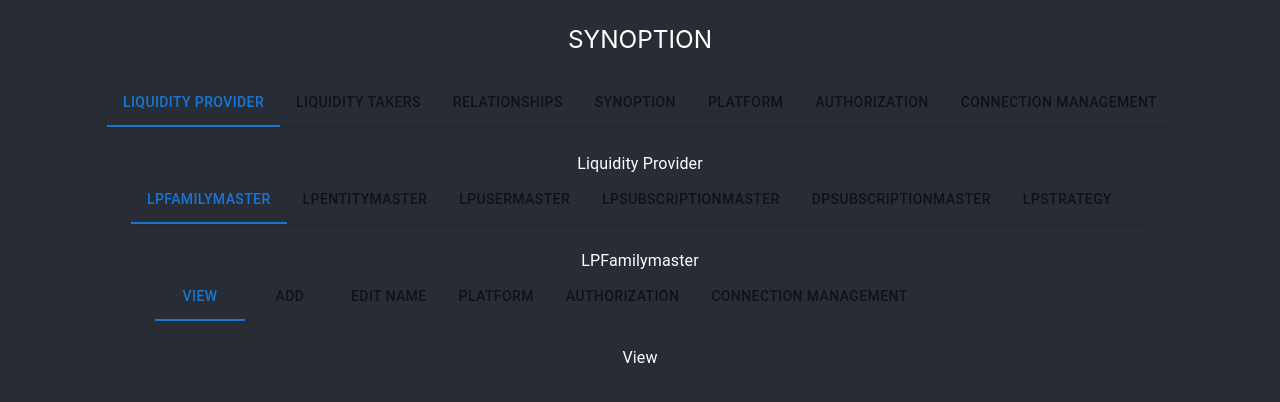
Repository: Kanika-tech/project-demo
Page: /
The author's editor kept a copy of each file at every save. The page is drawn from the files as they stood at one save, then again after the next save.
The browser window is 1280 px wide. The pictures show the whole page.
The project was rebuilt for these pictures with package versions that can differ from the ones it lists, and the page was loaded fresh each time.

Above is the page before, as saved 2021-12-11 21:59:43.

### public/index.html
<!DOCTYPE html>
<html lang="en">
  <head>
    <meta charset="utf-8" />
    <link rel="icon" href="%PUBLIC_URL%/favicon.ico" />
    <meta name="viewport" content="width=device-width, initial-scale=1" />
    <meta name="theme-color" content="#000000" />
    <meta
      name="description"
      content="Web site created using create-react-app"
    />
    <link rel="apple-touch-icon" href="%PUBLIC_URL%/logo192.png" />
    <!--
      manifest.json provides metadata used when your web app is installed on a
      user's mobile device or desktop. See https://developers.google.com/web/fundamentals/web-app-manifest/
    -->
    <link rel="manifest" href="%PUBLIC_URL%/manifest.json" />
    <!--
      Notice the use of %PUBLIC_URL% in the tags above.
      It will be replaced with the URL of the `public` folder during the build.
      Only files inside the `public` folder can be referenced from the HTML.

      Unlike "/favicon.ico" or "favicon.ico", "%PUBLIC_URL%/favicon.ico" will
      work correctly both with client-side routing and a non-root public URL.
      Learn how to configure a non-root public URL by running `npm run build`.
    -->
    <title>Synoption Admin Portal</title>
  </head>
  <body>
    <noscript>You need to enable JavaScript to run this app.</noscript>
    <div id="root"></div>
    <!--
      This HTML file is a template.
      If you open it directly in the browser, you will see an empty page.

      You can add webfonts, meta tags, or analytics to this file.
      The build step will place the bundled scripts into the <body> tag.

      To begin the development, run `npm start` or `yarn start`.
      To create a production bundle, use `npm run build` or `yarn build`.
    -->
  </body>
</html>

### src/App.js
import logo from './logo.svg';
import './App.css';
import Dashboard from './containers/Dashboard';

function App() {
  return (
    <div className="App App-header">
      <header className="">
        <p>
         SYNOPTION
        </p>
      </header>
      <div>
        <Dashboard/>
      </div>
    </div>
  );
}

export default App;

### src/containers/Dashboard.jsx
import * as React from 'react';
import BasicTabs from '../components/BasicTabs';
import { dashboard } from '../MockData/dashboard-data';


export default function Dashboard() {

  return (
    <BasicTabs tabData={dashboard} />
  );
}

### src/components/BasicTabs.jsx
import * as React from 'react';
import PropTypes from 'prop-types';
import Tabs from '@mui/material/Tabs';
import Tab from '@mui/material/Tab';
import Typography from '@mui/material/Typography';
import Box from '@mui/material/Box';

function TabPanel(props) {
  const { children, value, index, ...other } = props;

  return (
    <div
      role="tabpanel"
      hidden={value !== index}
      id={`simple-tabpanel-${index}`}
      aria-labelledby={`simple-tab-${index}`}
      {...other}
    >
      {value === index && (
        <Box sx={{ p: 3 }}>
          <Typography>{children}</Typography>
        </Box>
      )}
    </div>
  );
}

TabPanel.propTypes = {
  children: PropTypes.node,
  index: PropTypes.number.isRequired,
  value: PropTypes.number.isRequired,
};

function a11yProps(index) {
  return {
    id: `simple-tab-${index}`,
    'aria-controls': `simple-tabpanel-${index}`,
  };
}

export default function BasicTabs(props) {
    const { tabData }  = props;
    const { TOP_LEVEL } = tabData;

  const [value, setValue] = React.useState(0);

  const handleChange = (event, newValue) => {
    setValue(newValue);
  };

  return (
    <Box sx={{ width: '100%' }}>
      <Box sx={{ borderBottom: 1, borderColor: 'divider' }}>
        <Tabs value={value} onChange={handleChange} aria-label="Synoption top level">
           {TOP_LEVEL.map((tab, index) =>
             <Tab label={tab.title} {...a11yProps(index)} />
            )}
        </Tabs>
      </Box>
        {TOP_LEVEL.map((tab, index) =>
            <TabPanel value={value} index={index}>
             {tab.title}
             { tab.tabGroup && <BasicTabs tabData={tab}/> }
            </TabPanel>
        )}
    </Box>
  );
}

### src/MockData/dashboard-data.js
export const dashboard = {
    TOP_LEVEL: [
        {
            title: 'Liquidity Provider',
            tabGroup: true,
            TOP_LEVEL: [
                {
                    title: 'LPFamilymaster',
                    tabGroup: true,
                    TOP_LEVEL: [
                        {
                            title: 'View'
                        },
                       {
                            title: 'Add'
                        },
                       {
                            title: 'Edit Name'
                        },
                        {
                            title: 'Platform'
                        },
                       {
                            title: 'Authorization'
                        },
                        {
                            title: 'Connection Management'
                        }
                    ]
                },
               {
                    title: 'LPEntityMaster'
                },
               {
                    title: 'LPUserMaster'
                },
                {
                    title: 'LPSubscriptionMaster'
                },
               {
                    title: 'DPSubscriptionMaster'
                },
                {
                    title: 'LPStrategy'
                }
            ]
        },
       {
            title: 'Liquidity Takers'
        },
       {
            title: 'Relationships'
        },
       {
            title: 'Synoption'
        },
        {
            title: 'Platform'
        },
       {
            title: 'Authorization'
        },
        {
            title: 'Connection Management'
        }
    ]
}

Loaded but not shown: src/index.js (common file); src/index.css (common file); src/reportWebVitals.js (common file); src/App.css (common file)

After the next save:
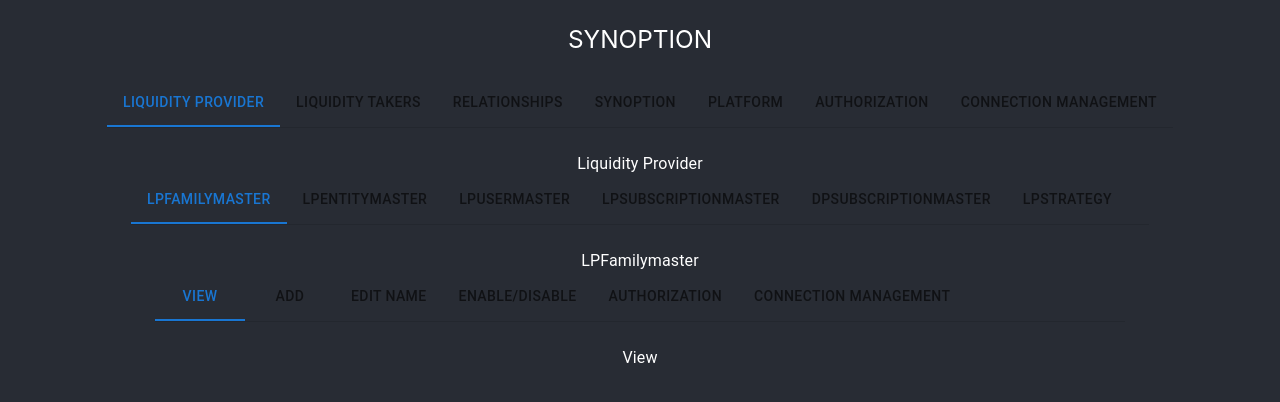
Saved 12 s later.
--- a/src/MockData/dashboard-data.js
+++ b/src/MockData/dashboard-data.js
@@ -18,7 +18,7 @@
                             title: 'Edit Name'
                         },
                         {
-                            title: 'Platform'
+                            title: 'Enable/Disable'
                         },
                        {
                             title: 'Authorization'
